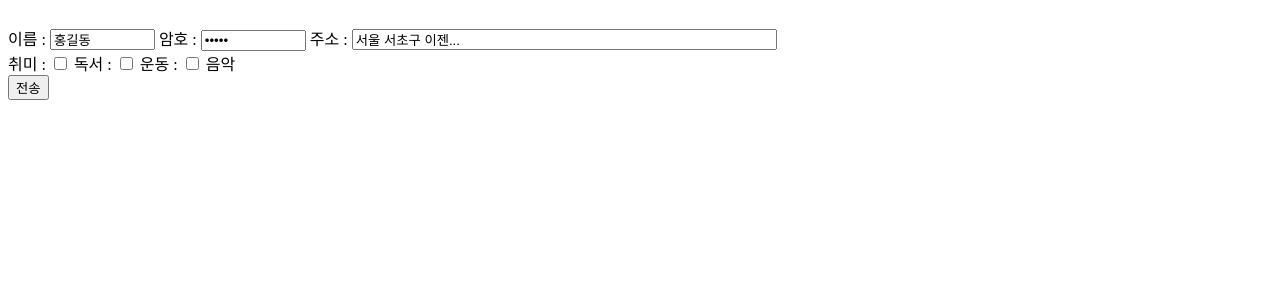
Repository: HongMW/study
Page: http://localhost/jsp01_basic/jsp02_elements/jsp08_parameters.jsp
The author's editor kept a copy of each file at every save. The page is drawn from the files as they stood at one save, then again after the next save.
The browser window is 1280 px wide. The pictures show the whole page.
The page is served by Tomcat 9.

Above is the page before, as saved 2022-12-12 02:23:09.

After the next save:
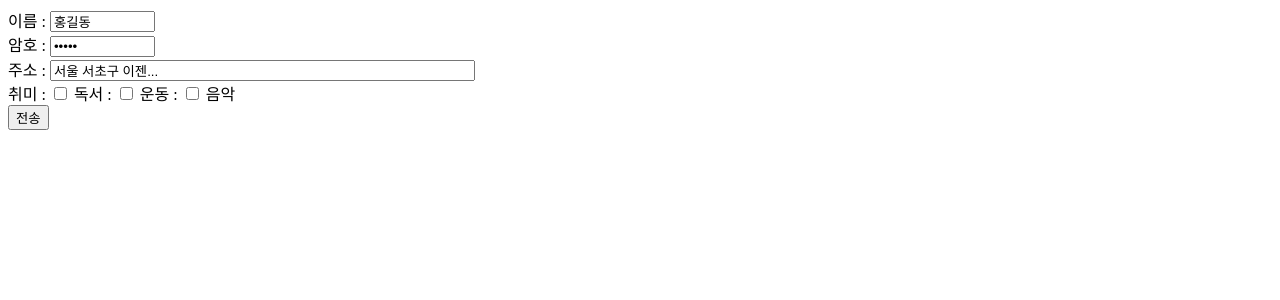
Saved 78 s later.
--- a/04.jsp/jsp01_basic/WebContent/jsp02_elements/jsp08_parameters.jsp
+++ b/04.jsp/jsp01_basic/WebContent/jsp02_elements/jsp08_parameters.jsp
@@ -6,9 +6,9 @@
 <title>Insert title here</title>
 </head>
 <body>
-	<form action="jsp09_parameters_view.jsp" method="get"><br>
-		이름 : <input type="text" nema ="name" size="10" value="홍길동">
-		암호 : <input type="password" nema ="pw" size="10" value="12345">
+	<form action="jsp09_parameters_view.jsp" method="get">
+		이름 : <input type="text" nema ="name" size="10" value="홍길동"><br>
+		암호 : <input type="password" nema ="pw" size="10" value="12345"><br>
 		주소 : <input type="text" nema ="addr" size="50" value="서울 서초구 이젠..."><br>
 		취미 : <input type="checkbox" nema ="hobby" size="10" value="독서"> 독서
 		 	 : <input type="checkbox" nema ="hobby" size="10" value="운동"> 운동
